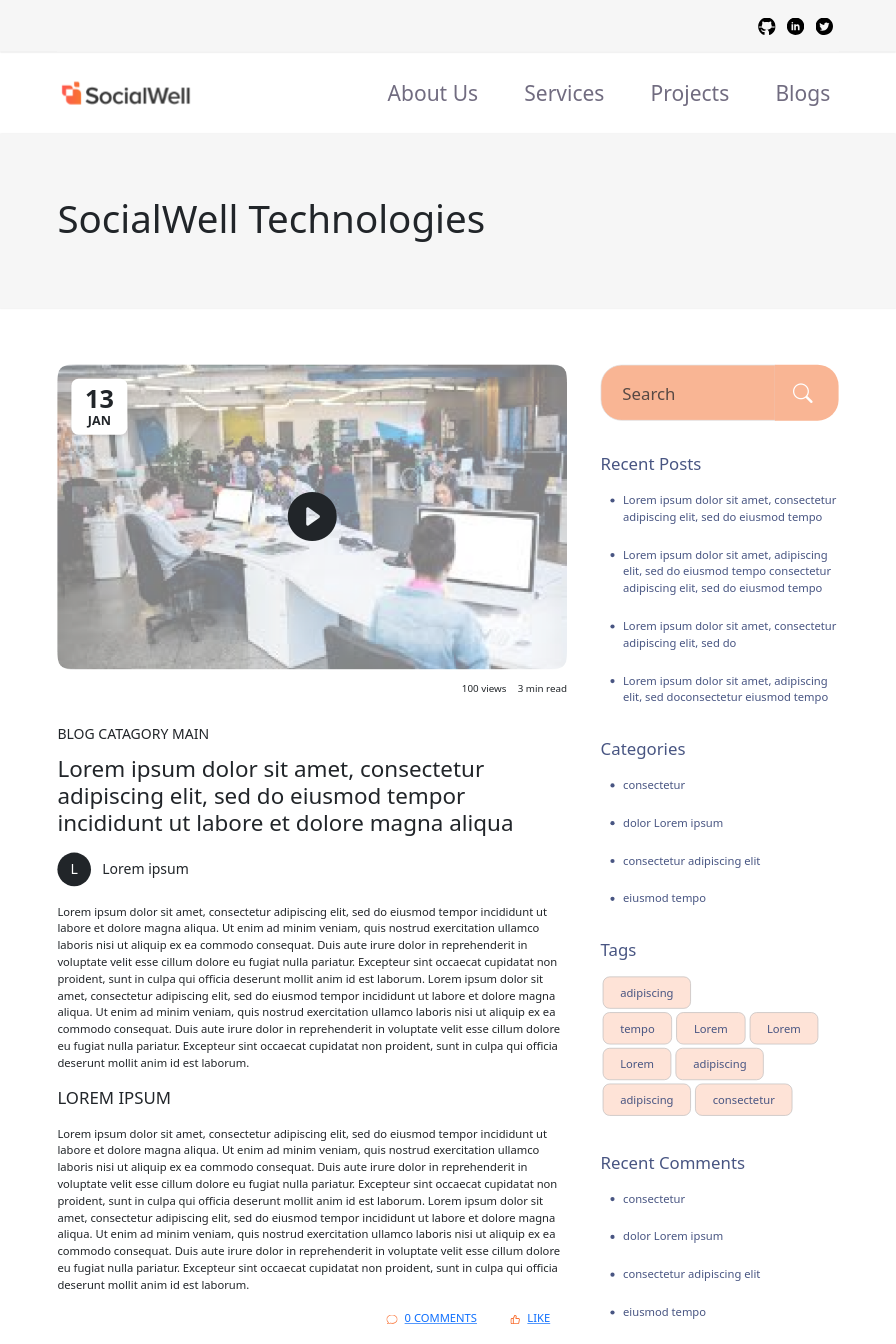
Repository: premuix/react-social
Page: /
The author's editor kept a copy of each file at every save. The page is drawn from the files as they stood at one save, then again after a run of saves.
The browser window is 1280 px wide. The pictures show the part of the page from y = 0 to 1920 px (the page is 2774 px tall before and 2798 px after), at 70% of full size.
Some web libraries are served in a nearby version. The project was rebuilt for these pictures with package versions that can differ from the ones it lists, and the page was loaded fresh each time. Also part of the build but not shown: src/pages/About.jsx, src/pages/Services.jsx, src/pages/Projects.jsx, src/pages/Blog.jsx.

Above is the page before, as saved 2022-09-11 09:02:13.

After the next 2 saves:
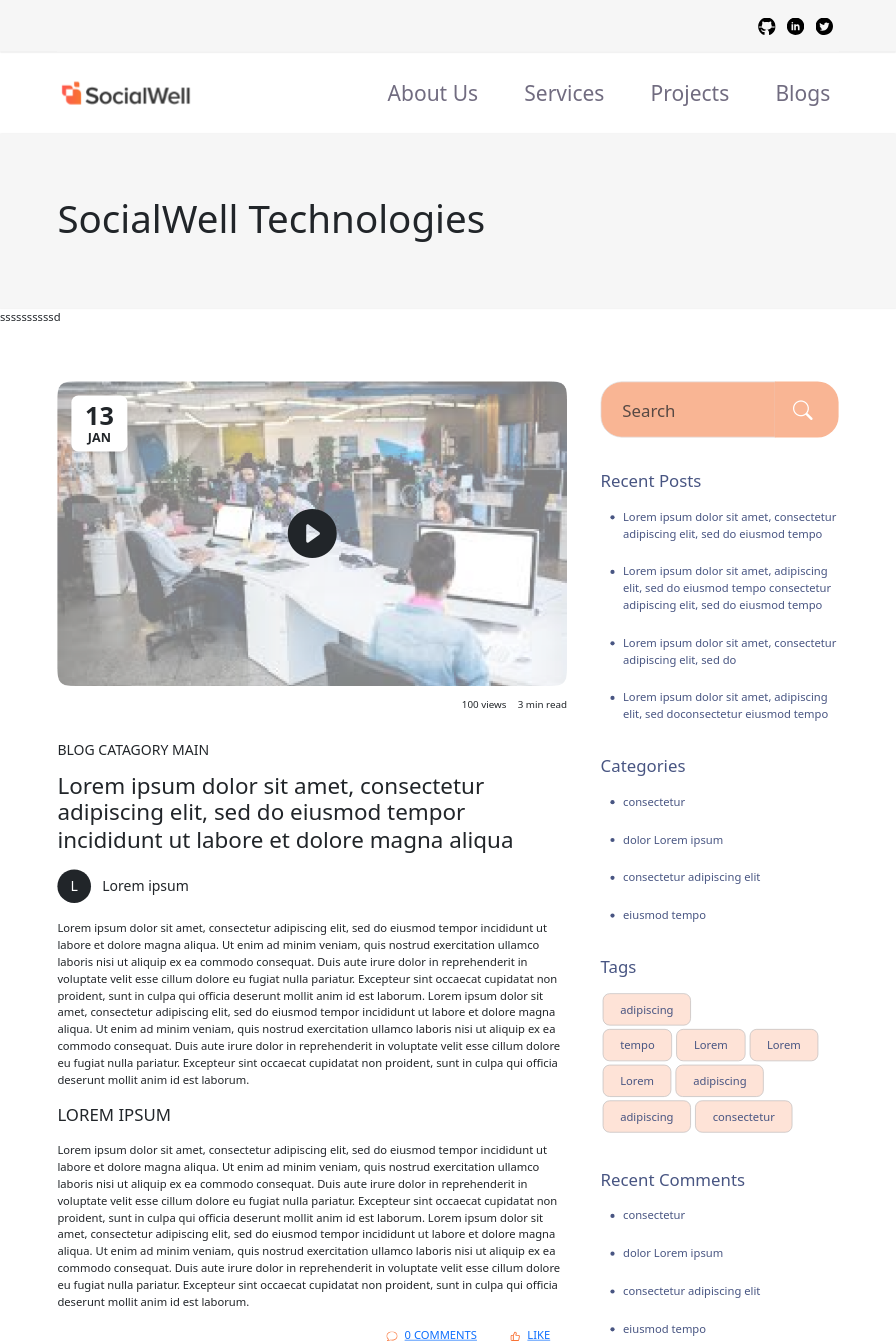
The 2 saves are shown as one change because they came seconds apart.
The last was saved 2 h 59 min later.
--- a/src/pages/Home.jsx
+++ b/src/pages/Home.jsx
@@ -16,7 +16,7 @@
         >
 
           <NavbarStr />
-
+<div>ssssssssssd</div>
           <section className="py-80">
             <div className="container">
               <div className="row gx-5">
